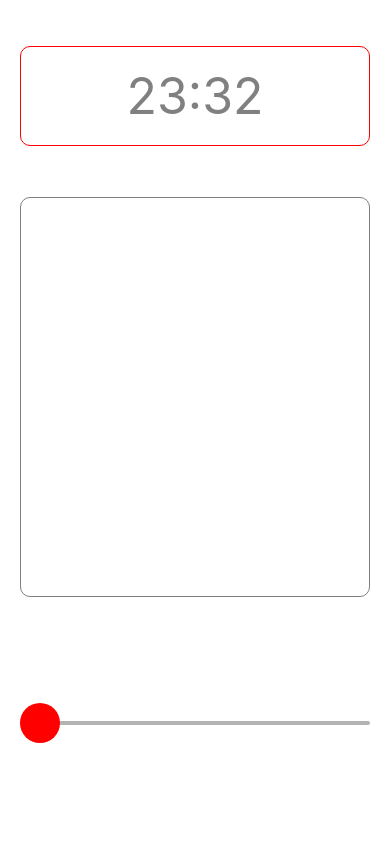
Repository: sonnke/imageResizer
Screen: /
The author's editor kept a copy of each file at every save. The screen is drawn from the files as they stood at one save, then again after the next save.
The app was drawn by React Native's web renderer in a window 390 px wide. The project was rebuilt for these pictures with package versions that can differ from the ones it lists, and the page was loaded fresh each time.

Above is the screen before, as saved 2020-02-02 18:33:01.

After the next save:
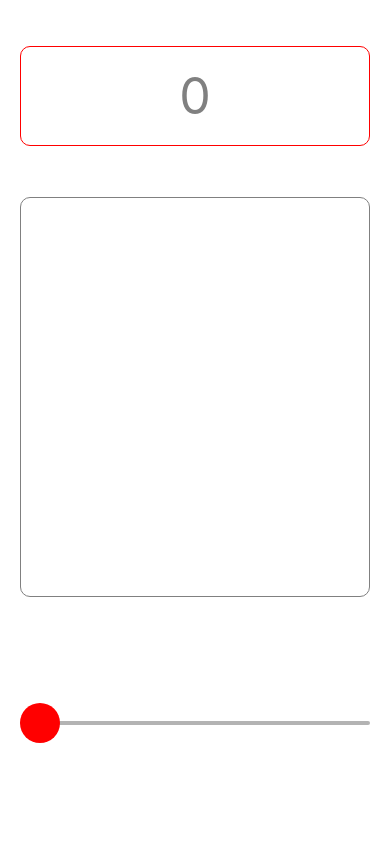
Saved 38 s later.
--- a/App.tsx
+++ b/App.tsx
@@ -52,7 +52,7 @@ export default function App() {
   return (
     <MainContainer>
       <StopWatch>
-        <StopWatchText>23:32</StopWatchText>
+        <StopWatchText>{sliderNum}</StopWatchText>
       </StopWatch>
       <ImageContainer></ImageContainer>
       <SliderContainer>
